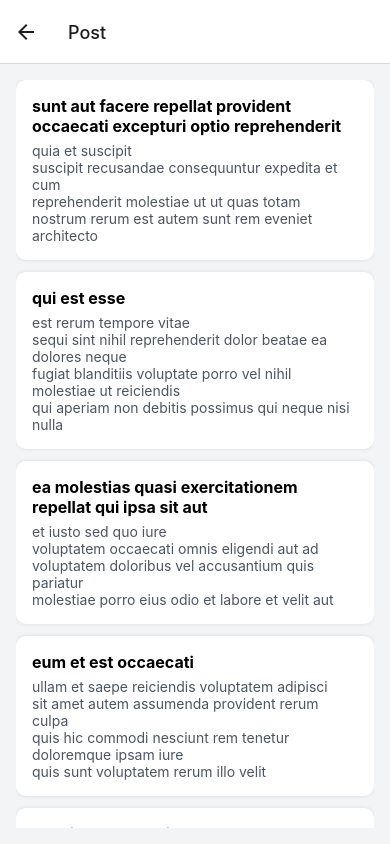
Repository: nawaz1568/Task_counter
Screen: /Post
These files come from the project's save history. The screen is drawn as it stood at one moment and after the next save; the edit follows.
An inner scrolling area shows only its first screen. The app was drawn by React Native's web renderer in a window 390 px wide. The project was rebuilt for these pictures with package versions that can differ from the ones it lists, and the page was loaded fresh each time. Also part of the build but not shown: src/components/Header.js, src/screens/PostListScreen.js, src/screens/PostDetailScreen.js, src/screens/CounterScreen.js.

Above is the screen before, as saved 2025-09-09 14:14:30.

After the next save:
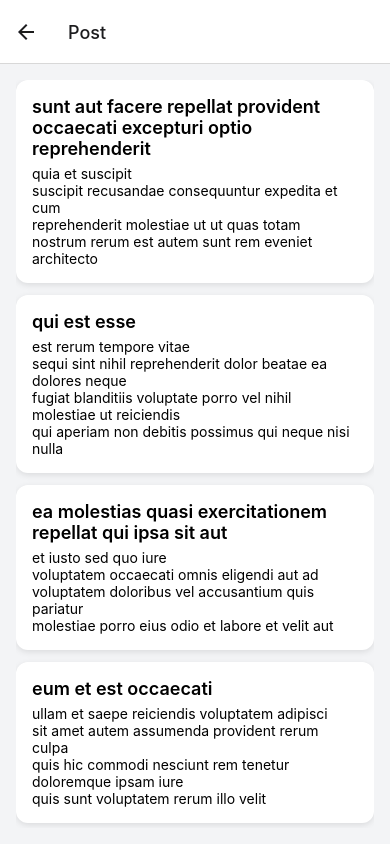
Saved 6 s later.
--- a/src/screens/PostsScreen.js
+++ b/src/screens/PostsScreen.js
@@ -1,19 +1,21 @@
 import React from 'react';
 import { View, Text, FlatList, StyleSheet } from 'react-native';
-import postsData from '../data/posts.json';
+import postsData from '../data/posts.json'; // your JSON file
 
 export default function PostsScreen() {
+  const renderItem = ({ item }) => (
+    <View style={styles.card}>
+      <Text style={styles.title}>{item.title}</Text>
+      <Text>{item.body}</Text>
+    </View>
+  );
+
   return (
     <View style={styles.container}>
       <FlatList
         data={postsData}
         keyExtractor={(item) => item.id.toString()}
-        renderItem={({ item }) => (
-          <View style={styles.card}>
-            <Text style={styles.title}>{item.title}</Text>
-            <Text style={styles.body}>{item.body}</Text>
-          </View>
-        )}
+        renderItem={renderItem}
       />
     </View>
   );
@@ -23,14 +25,13 @@ const styles = StyleSheet.create({
   container: { flex: 1, padding: 16, backgroundColor: '#f3f4f6' },
   card: {
     backgroundColor: '#fff',
-    borderRadius: 10,
     padding: 16,
+    borderRadius: 12,
     marginBottom: 12,
     shadowColor: '#000',
     shadowOpacity: 0.1,
-    shadowRadius: 4,
-    elevation: 2,
+    shadowRadius: 6,
+    shadowOffset: { width: 0, height: 2 },
   },
-  title: { fontWeight: 'bold', fontSize: 16, marginBottom: 6 },
-  body: { fontSize: 14, color: '#4b5563' },
+  title: { fontSize: 18, fontWeight: '600', marginBottom: 6 },
 });
